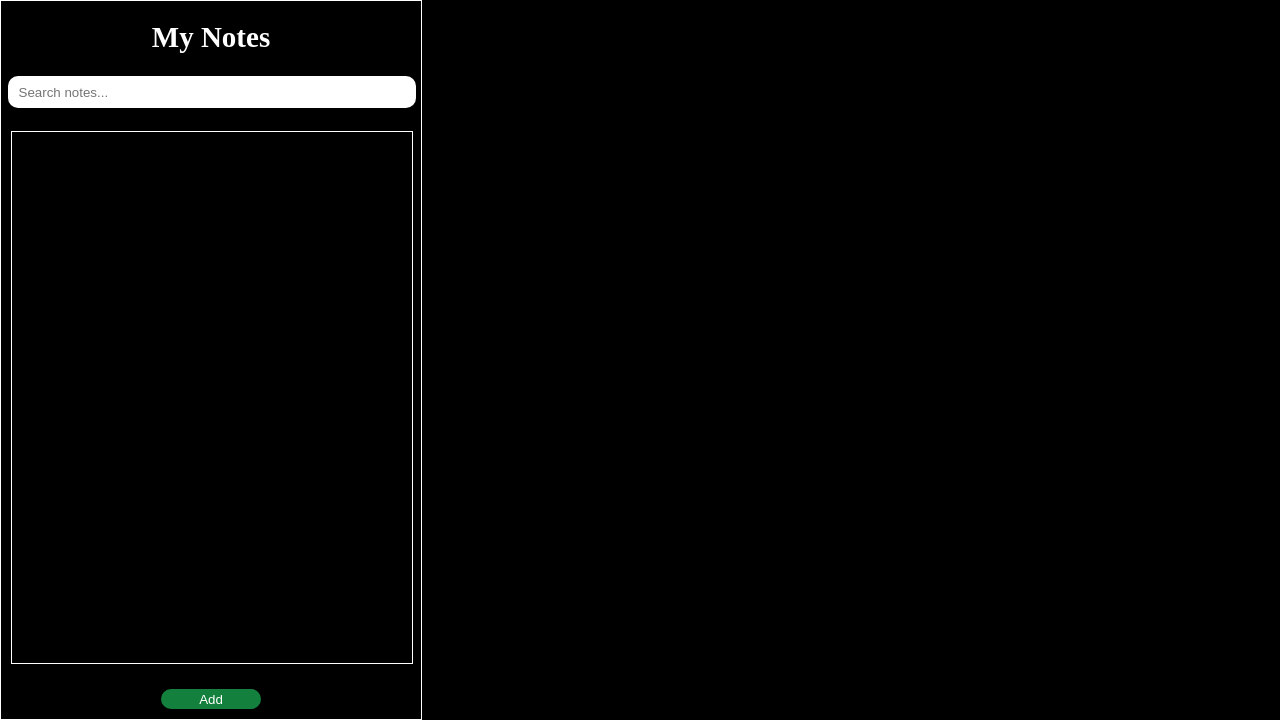
Repository: dmpelaez/myNotes
Page: QuickNotes.html
An editor plug-in stored every save of this project. The page is shown before and after the next save, followed by the edit.
The browser window is 1280 px wide. The pictures show the whole page.

Above is the page before, as saved 2025-12-18 20:56:44.

### QuickNotes.html
<!DOCTYPE html>

  <html>

    <head>

      <title>Quick Notes</title>

      <!--CSS LINK-->
      <link rel="stylesheet" href="QuickNotes.css">
    </head>
    <body>

      <!--Note section-->
      <aside class="aside-section">

        <!--My notes part-->
        <div class="myNotes">
          <p class="my-notes-text">My Notes</p>
        </div>
        <!--Search notes-->
        <div class="input-box">
          <input class="input" placeholder="Search notes...">
        </div>
        <!--Notes-->
        <div class="note-list"></div>
        <!--add button-->
        <button class="add-button">Add</button>

      </aside>

      <!---Typing section-->
      <main class="main-section"></main>


    </body>

  </html>

### QuickNotes.css
body {
  margin: 0;
  padding: 0;
  background: black;
  box-sizing: border-box;
}
* {
  color: rgb(255, 255, 255);
}
.aside-section {
  border: 1px solid white;
  display: grid;
  width: 400px;
  position: fixed;
  bottom: 0;
  top: 0;
  grid-template-rows: 40px 30px 1fr 20px;
  padding: 10px;
  gap: 25px;

}

.my-notes-text {
  display: flex;
  margin: 0px;
  justify-self: center;
  align-self: center;
  margin-top: 10px;
}
.note-list {
  border: 1px solid white;
  width: 100%;
}

.my-notes-text {
  font-weight: bold;
  font-size: 29px;
}

.input {
  color: black;
  display: flex;
  align-self: center;
  justify-self: center;
  Width: 99%;
  height: 100%;
  border-radius: 10px;
  border: none;
  outline: none;
  padding-left: 10px;
  margin-left: 1px;
}
.input::placeholder {
  padding-left: 1px;

}

.add-button {
  width: 100px;
  display: flex;
  justify-self: center;
  background: rgb(19, 128, 61);
  border: none;
  border-radius: 10px;
  color: white;
  font-family: arial;
  align-items: center;
  justify-content: center;
  cursor: pointer;
}

.note-list {
  display: grid;
}

After the next save:
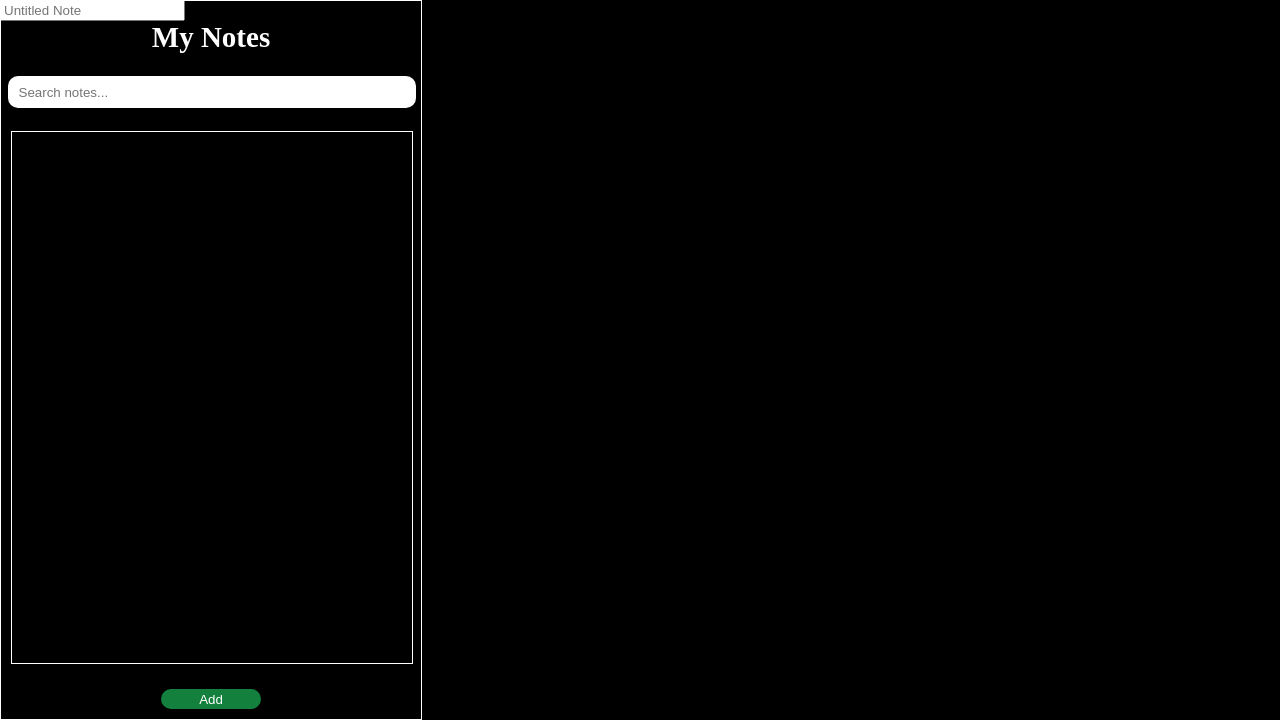
Saved 4 min 0 s later.
--- a/QuickNotes.html
+++ b/QuickNotes.html
@@ -30,7 +30,16 @@
       </aside>
 
       <!---Typing section-->
-      <main class="main-section"></main>
+      <main class="main-section">
+
+        <!--Header-->
+        <div class="header-section">
+
+          <input class="title-notes" placeholder="Untitled Note">
+
+        </div>
+
+      </main>
 
 
     </body>
